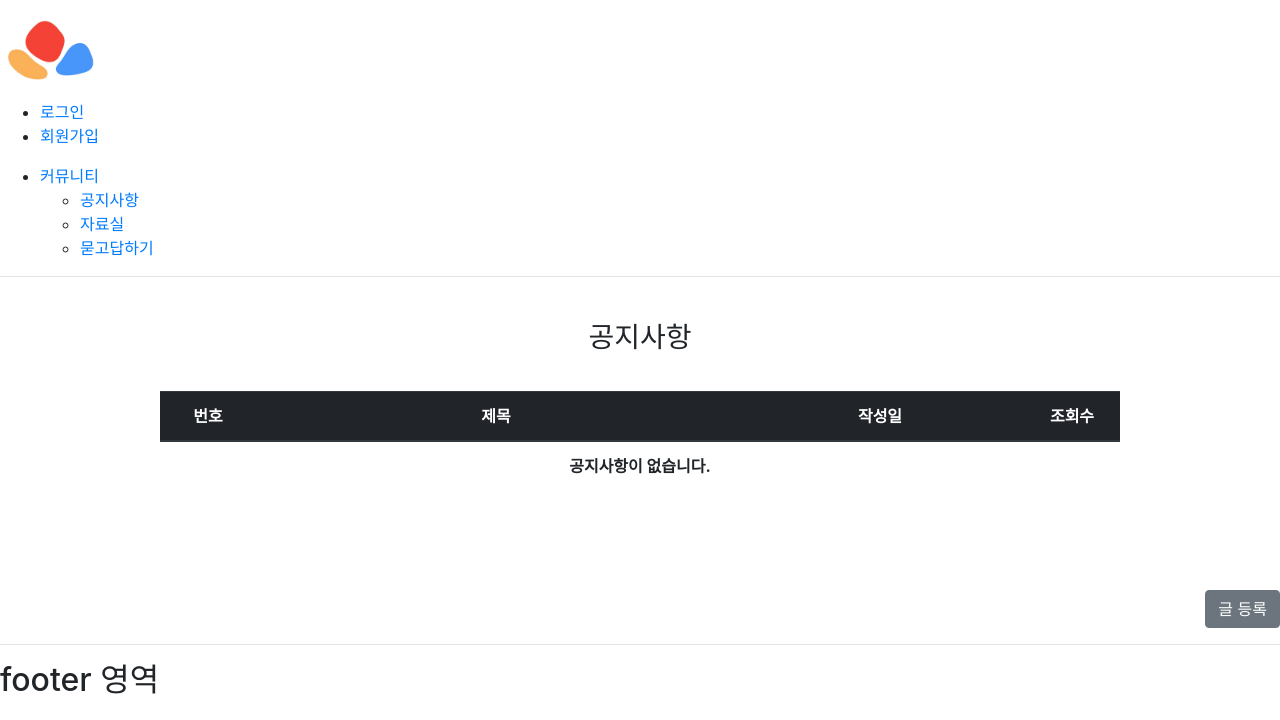
Repository: rnjsmj/pro01
Page: http://localhost/pro01/qna/noticeList.jsp
These files come from the project's save history. The page is drawn as it stood at one moment and after the next save; the edit follows.
The browser window is 1280 px wide. The pictures show the whole page.
The page is served by Tomcat 9. Nobody is signed in. The application's start-up code is not run. Other server files are loaded and not shown. The template is opened directly, without the code that normally fills it, so the values that code supplies are empty.

Above is the page before, as saved 2024-04-11 07:17:16.

### pro01/WebContent/qna/noticeList.jsp
<%@ page language="java" contentType="text/html; charset=UTF-8"
    pageEncoding="UTF-8"%>
<%@ taglib prefix="c" uri="http://java.sun.com/jsp/jstl/core" %>
<%@ taglib prefix="fmt" uri="http://java.sun.com/jsp/jstl/fmt" %>
<c:set var="path0" value="<%=request.getContextPath() %>" />
<!DOCTYPE html>
<html>
<head>
<meta charset="UTF-8">
<title>갈현동 - 공지사항</title>
<%@ include file="/head.jsp" %>
<style>
	.title { text-align:center; padding:1em; }
	.table {text-align:center; width:960px; margin: 0 auto;}
	.buttons { text-align:right; }
	.th-no {width:10%;}
	.th-title{width:50%;}
	.th-resdate{width:30%;}
	.td-title {text-align:left;}
	.a-title { color:black;}
	.a-title:hover { font-weight:600; text-decoration:none;}
	.div-table { text-align:center; display:flex; justify-center:center;  margin-bottom: 100px; }
</style>
</head>
<body>
<div id="header">
	<%@ include file="/header.jsp" %>
</div>
<div id="contents" >
	<section>
		<div class="page" id="page1">
			<h3 class="title">공지사항</h3>
			<div class="div-table">
				<table class="table">
					<thead class="thead-dark">
						<tr>
							<th class="th-no">번호</th>
							<th class="th-title">제목</th>
							<th class="th-resdate">작성일</th>
							<th class="th-visited">조회수</th>
						</tr>
					</thead>
					<tbody>
						<c:if test="${not empty noticeList }">
							<c:forEach var="dto" items="${noticeList }">
								<tr>
									<td>${dto.no }</td>
									<td class="td-title"><a href="${path0 }/GetNotice.do?no=${dto.no}" class="a-title">${dto.title }</a></td>
									<td>${dto.resdate }</td>
									<!-- 날짜만 표시할 경우
									<td class="td-resdate">
										<fmt:parseDate value="${dto.resdate }" pattern="yyyy-MM-dd" var="resdate" />
										<fmt:formatDate value="${resdate }" pattern="yyyy-MM-dd" />
									</td>-->
									<td>${dto.visited }</td>
								</tr>
							</c:forEach>
						</c:if>
						<c:if test="${empty noticeList }">
							<tr>
								<td colspan="4"><strong>공지사항이 없습니다.</strong></td>
							</tr>
						</c:if>
					</tbody>
				</table>
			</div>
			<script>

			</script>
			<div class="buttons">
				  <a href="${path0 }/notice/notice_ins.jsp" class="btn btn-secondary">글 등록</a>
			</div>
		</div>
	</section>
</div>
<div id="footer">
	<%@ include file="/footer.jsp" %>
</div>
</body>
</html>

### pro01/WebContent/head.jsp
<%@ page language="java" contentType="text/html; charset=UTF-8"
    pageEncoding="UTF-8"%>
<%@ taglib prefix="c" uri="http://java.sun.com/jsp/jstl/core" %>
<%@ taglib prefix="fmt" uri="http://java.sun.com/jsp/jstl/fmt" %>
<c:set var="ipath" value="<%= request.getContextPath() %>" />
<script src="${ipath }/js/jquery-3.2.1.min.js"></script>
<link rel="stylesheet" href="${ipath }/css/bootstrap.min.css" />
<link rel="stylesheet" href="https://cdnjs.cloudflare.com/ajax/libs/font-awesome/5.7.0/css/all.min.css" />
<script src="${ipath }/js/bootstrap.min.js"></script>
<meta name="viewport" content="width=device-width, initial-scale=1.0">
<meta name="subject" content="갈현동 소개 (Galhyeon-dong Intro)" />
<meta name="description" content="갈현동, 로데오거리, 맛집, 교통" />
<meta name="keywords" content="갈현동, 갈현1동, 갈현2동, 거리, 맛집, 교통편, 연신내역, 연신내, 구산역, 구산동, 구파발, 로데오거리, 연신내로데오거리, 메트로타워, 주점" />
<link rel="icon" href="${ipath }/images/favicon.png" />
<link rel="shortcut icon" href="${ipath}/images/favicon3.png" />
<meta property="og:type" content="website" />
<meta property="og:title" content="갈현동" />
<meta property="og:description" content="갈현동, 로데오거리, 맛집, 교통" />
<meta property="og:image" content="${ipath }/images/site.png" />
<meta property="og:url" content="http://localhost:8091" />

### pro01/WebContent/header.jsp
<%@ page language="java" contentType="text/html; charset=UTF-8"
    pageEncoding="UTF-8"%>
<%@ taglib prefix="c" uri="http://java.sun.com/jsp/jstl/core" %>
<%@ taglib prefix="fmt" uri="http://java.sun.com/jsp/jstl/fmt" %>
<c:set var="hpath" value="<%= request.getContextPath() %>" />
<header>
	<div class="logo_wrap" >
		<a href="/pro01"><img alt="갈현동" src="${hpath }/images/favicon3.png" width=100px> </a>
	</div>
	<nav id="tnb">
		<ul>
			<c:if test="${empty sid }">
			<li><a href="${hpath }/member/login.jsp">로그인</a></li>
			<li><a href="${hpath }/member/term.jsp">회원가입</a></li>
			</c:if>
			<c:if test="${not empty sid }">
			<li><strong>${sname } 님 환영합니다.</strong></li>
			<li><a href="${hpath }/Logout.do">로그아웃</a></li>
			<li><a href="${hpath }/MemberUpdate.do?id=${sid}">마이페이지</a></li>
			</c:if>
			<c:if test="${sid.equals('admin') }">
			<li><a href="${hpath }/admin">관리자 페이지</a></li>
			</c:if>
		</ul>
	</nav>
	<nav id="gnb">
		<ul class="main_menu">
			<li><a href="">커뮤니티</a>
				<ul>
					<li><a href="${hpath }/NoticeList.do">공지사항</a></li>
					<li><a href="">자료실</a></li>
					<li><a href="">묻고답하기</a></li>
				</ul>
			</li>
		</ul>
	</nav>
</header>
<hr>

### pro01/WebContent/footer.jsp
<%@ page language="java" contentType="text/html; charset=UTF-8"
    pageEncoding="UTF-8"%>
<hr>
<footer>
	<h2>footer 영역</h2>
</footer>

Loaded but not shown: pro01/WebContent/js/jquery-3.2.1.min.js (library); pro01/WebContent/css/bootstrap.min.css (library); pro01/WebContent/js/bootstrap.min.js (library)

After the next save:
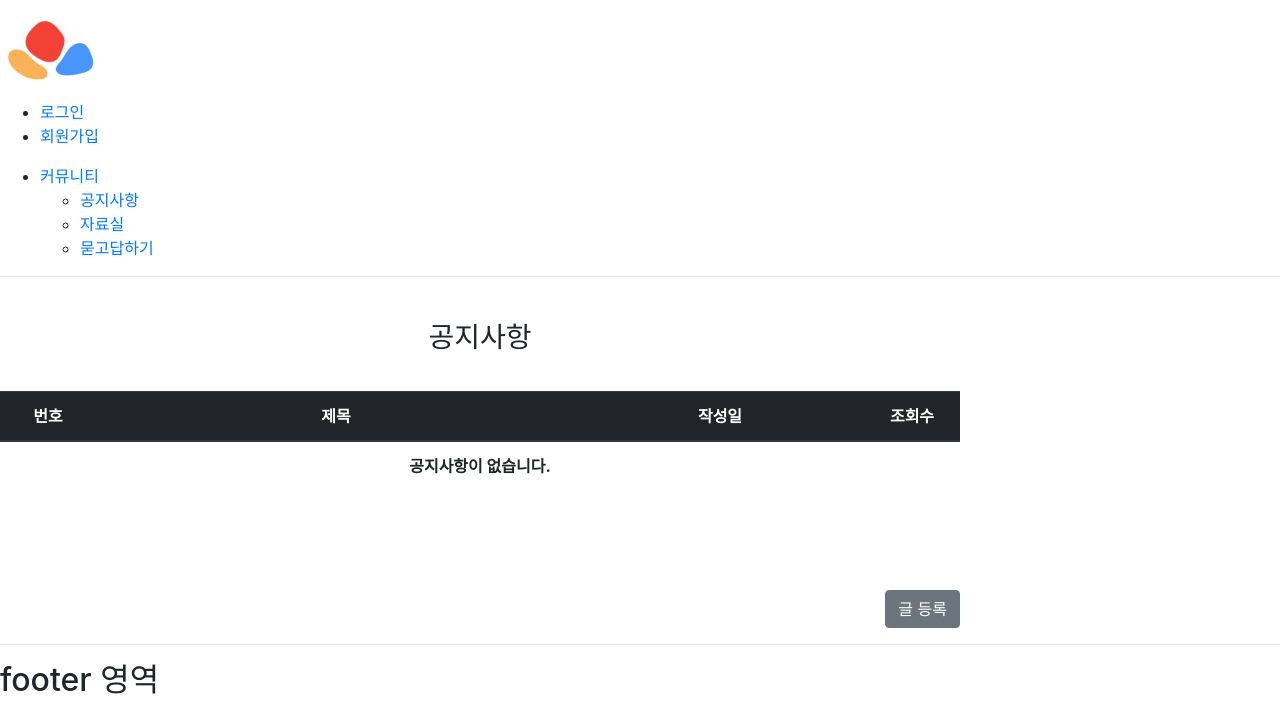
Saved 56 s later.
--- a/pro01/WebContent/qna/noticeList.jsp
+++ b/pro01/WebContent/qna/noticeList.jsp
@@ -11,6 +11,7 @@
 <%@ include file="/head.jsp" %>
 <style>
 	.title { text-align:center; padding:1em; }
+	#page1 { width:960px;}
 	.table {text-align:center; width:960px; margin: 0 auto;}
 	.buttons { text-align:right; }
 	.th-no {width:10%;}

After the 2 saves that followed:
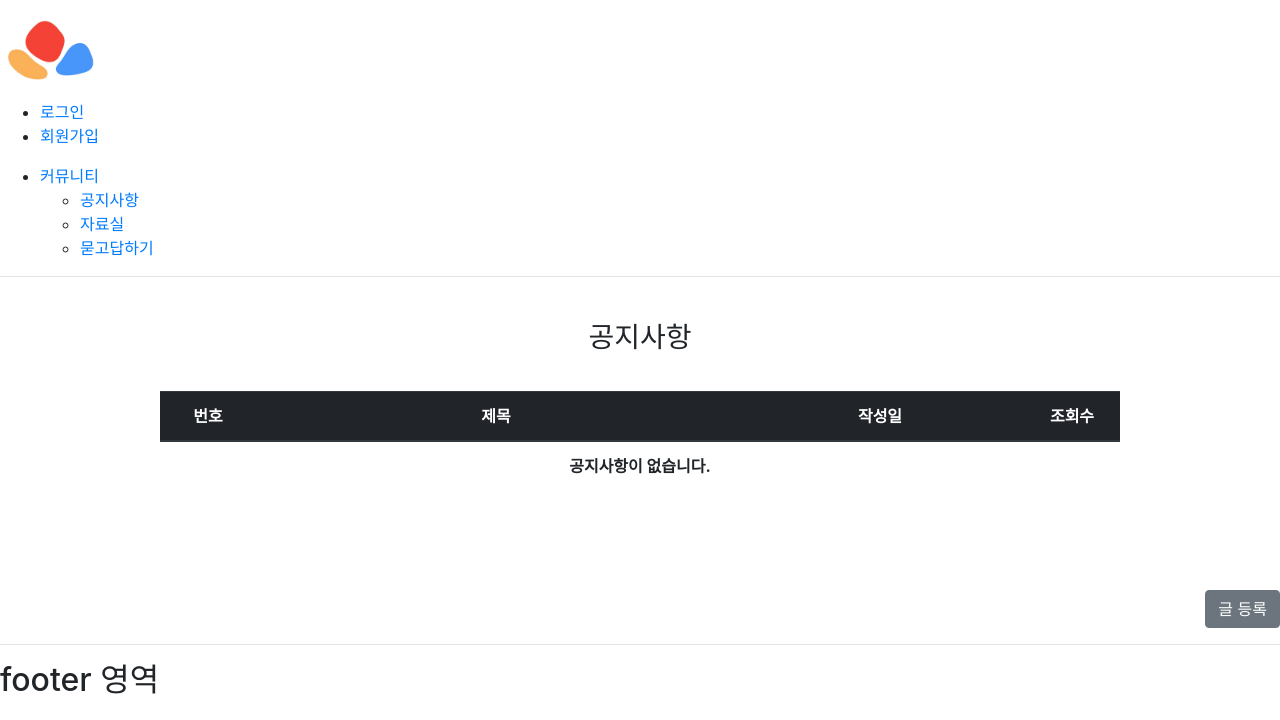
The 2 saves are shown as one change because 1 left the picture as it was.
The last was saved 33 s later.
--- a/pro01/WebContent/qna/noticeList.jsp
+++ b/pro01/WebContent/qna/noticeList.jsp
@@ -11,7 +11,6 @@
 <%@ include file="/head.jsp" %>
 <style>
 	.title { text-align:center; padding:1em; }
-	#page1 { width:960px;}
 	.table {text-align:center; width:960px; margin: 0 auto;}
 	.buttons { text-align:right; }
 	.th-no {width:10%;}
